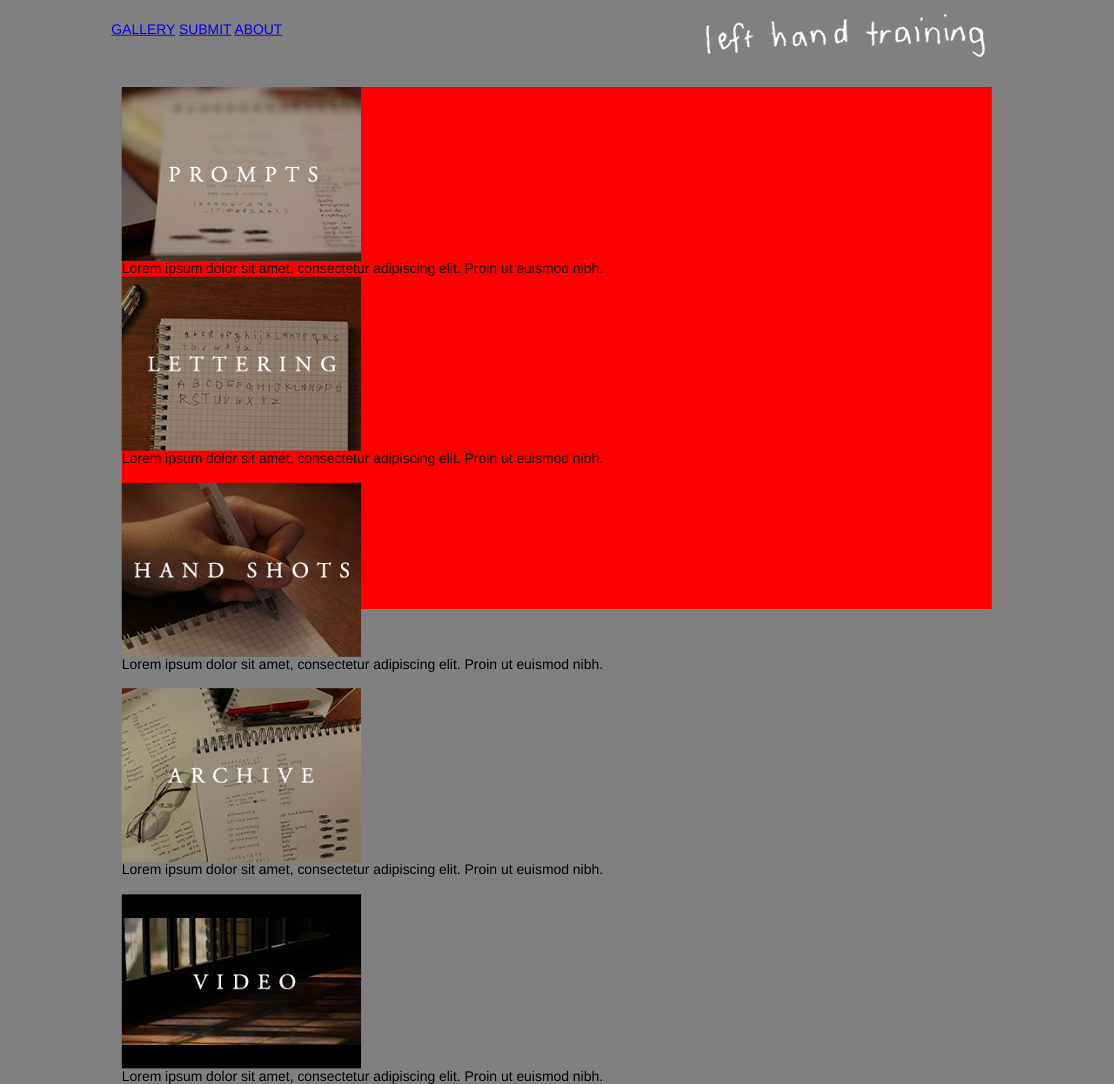
Repository: simonekurtz/simonekurtz.github.io
Page: 3ASGN_Catalog/gallery.html
The author's editor kept a record of every edit. The page is drawn from the files as they stood at one moment, then again after the next edit.
The browser window is 1280 px wide. The pictures show the whole page, at 87% of full size.
Some web libraries are served in a nearby version.

Above is the page before.

After the next edit:
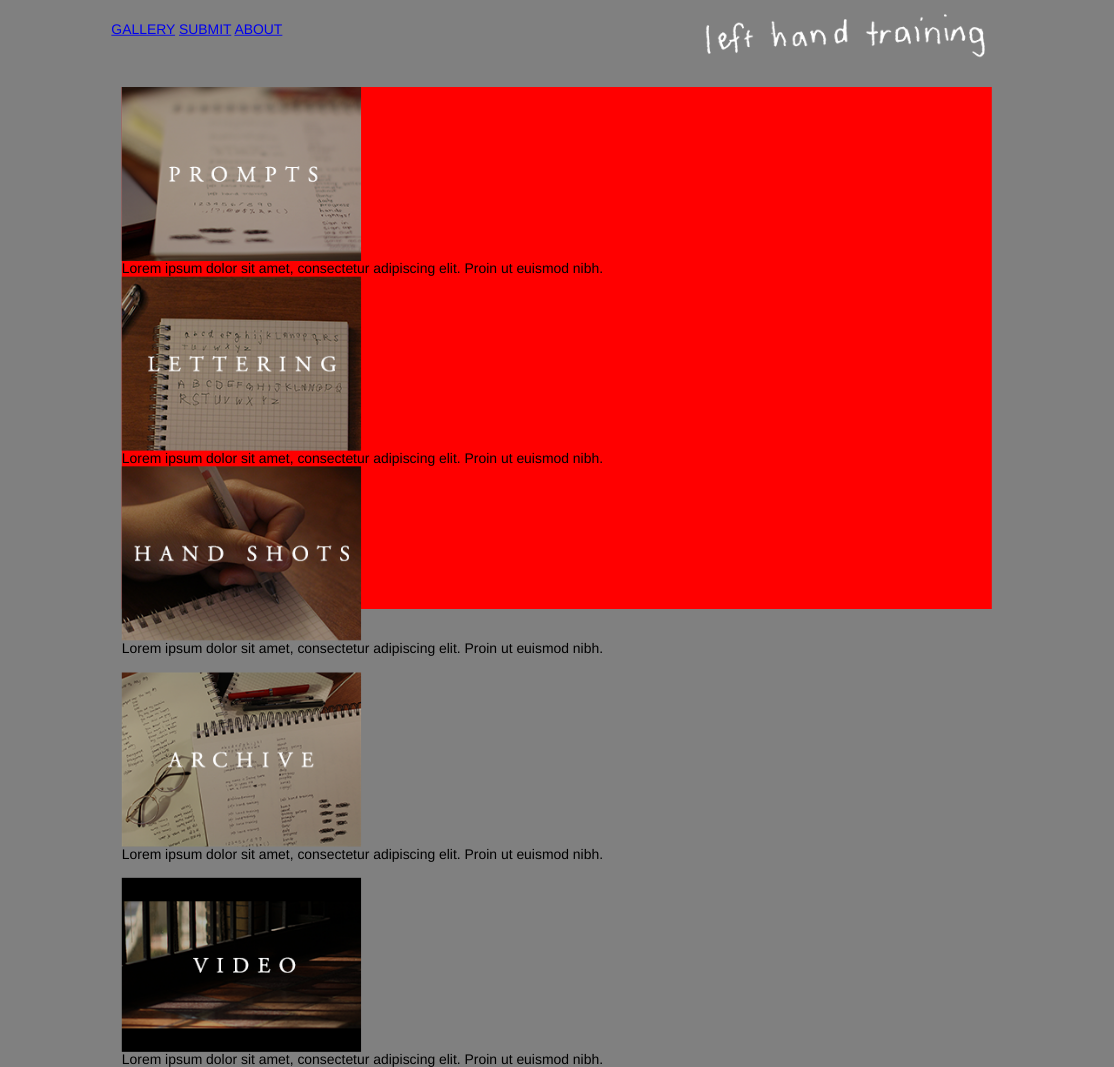
The edit:
--- a/3ASGN_Catalog/gallery.html
+++ b/3ASGN_Catalog/gallery.html
@@ -52,7 +52,6 @@
                     </div>
                 </div>
                 <div class="Gallery3">
-                    <h3></a></h3>
                     <div class="galleryContainer3">
                         <div class="galleryImage3"><a href="handshots.html"><img src="images/images/HandCover.png"></a>
 
